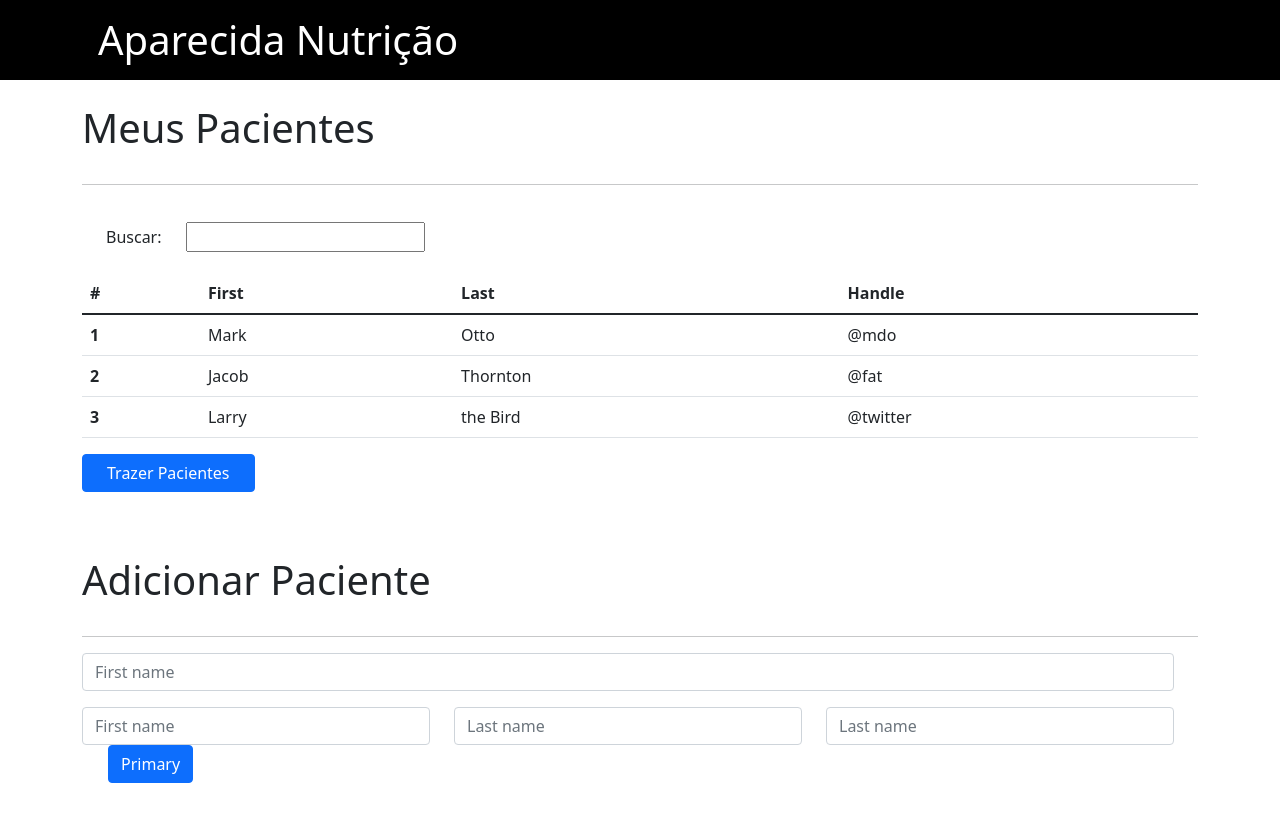
Repository: eversonps/app-paciente
Page: / (app in frontend/)
An editor plug-in stored every save of this project. The page is shown before and after the next save, followed by the edit.
The browser window is 1280 px wide. The pictures show the whole page.
The project was rebuilt for these pictures with package versions that can differ from the ones it lists, and the page was loaded fresh each time.

Above is the page before, as saved 2022-03-28 14:39:20.

### frontend/src/index.js
import React from 'react';
import ReactDOM from 'react-dom';
import './index.css';
import App from './App';
import  '../node_modules/bootstrap/dist/css/bootstrap.min.css'

ReactDOM.render(
    <App />,
    document.getElementById('root')
);

### frontend/src/App.jsx
import Header from "./components/Header";
import MyPacients from "./components/MyPacients";
import Main from "./components/Main"
import AddPacient from "./components/AddPacient";

function App() {
  return (
    <div className="App">
        <Header></Header>
        <Main>
            <MyPacients></MyPacients>
            <AddPacient></AddPacient>
        </Main>
    </div>
  );
}

export default App;

### frontend/src/components/Header.jsx
import React from "react";

export default props => {
    return (
        <header className="bg-black">
            <div className="container">
                <h1 className="text-white p-3">Aparecida Nutrição</h1>
            </div>
        </header>
    )
}

### frontend/src/components/MyPacients.jsx
import React from "react";
import FilterPacients from "../Templates/FilterPacients";
import Table from "../Templates/Table";
import Title from "../Templates/Title";

export default props => (
    <div>
        <Title name="Meus Pacientes"></Title>

        <FilterPacients></FilterPacients>
        <Table></Table>
    </div>
)

### frontend/src/components/Main.jsx
import React from "react";

export default props => (
    <main className="container">
        {props.children}
    </main>
)

### frontend/src/components/AddPacient.jsx
import React from "react";
import FormPacients from "../Templates/FormPacients";
import Title from "../Templates/Title"
import Button from "../Templates/Button";

export default props => (
    <div className="py-5">
        <Title name="Adicionar Paciente"></Title>
        <FormPacients></FormPacients>
        <Button></Button>
        <button type="button" class="btn btn-primary">Primary</button>
    </div>
)

### frontend/src/Templates/FilterPacients.jsx
import React from "react";

export default props => (
    <div>
        <label className="m-4">Buscar: </label>
        <input type="text" />
    </div>
)

### frontend/src/Templates/Table.jsx
import React from "react";

export default props => (
    <div>
        <table class="table">
        <thead class="thead-dark">
            <tr>
            <th scope="col">#</th>
            <th scope="col">First</th>
            <th scope="col">Last</th>
            <th scope="col">Handle</th>
            </tr>
        </thead>
        <tbody>
            <tr>
            <th scope="row">1</th>
            <td>Mark</td>
            <td>Otto</td>
            <td>@mdo</td>
            </tr>
            <tr>
            <th scope="row">2</th>
            <td>Jacob</td>
            <td>Thornton</td>
            <td>@fat</td>
            </tr>
            <tr>
            <th scope="row">3</th>
            <td>Larry</td>
            <td>the Bird</td>
            <td>@twitter</td>
            </tr>
            </tbody>
        </table>
        <a class="btn btn-primary px-4" href="#" role="button">Trazer Pacientes</a>
    </div>

)

### frontend/src/Templates/Title.jsx
import React from "react";

export default props => (
    <div>
        <h1 className="pt-3 py-3">{props.name}</h1>
        <hr />
    </div>
)

### frontend/src/Templates/FormPacients.jsx
import React from "react";

export default props => (
    <form>
        <div className="row">
            <div className="row mb-3">
                <div className="col">
                    <input type="text" className="form-control" placeholder="First name" />
                </div>
            </div>
            <div className="row">
                <div className="col">
                    <input type="text" className="form-control" placeholder="First name" />
                </div>
                <div className="col">
                    <input type="text" className="form-control" placeholder="Last name" />
                </div>
                <div className="col">
                    <input type="text" className="form-control" placeholder="Last name" />
                </div>
            </div>
        </div>
    </form>
)

### frontend/src/Templates/Button.jsx
import React from "react";

export default props => (
    <button type="button" class={`btn btn-${props.type}`}>{props.name}</button>
)

Loaded but not shown: frontend/public/index.html (common file); frontend/src/index.css (common file)

After the next save:
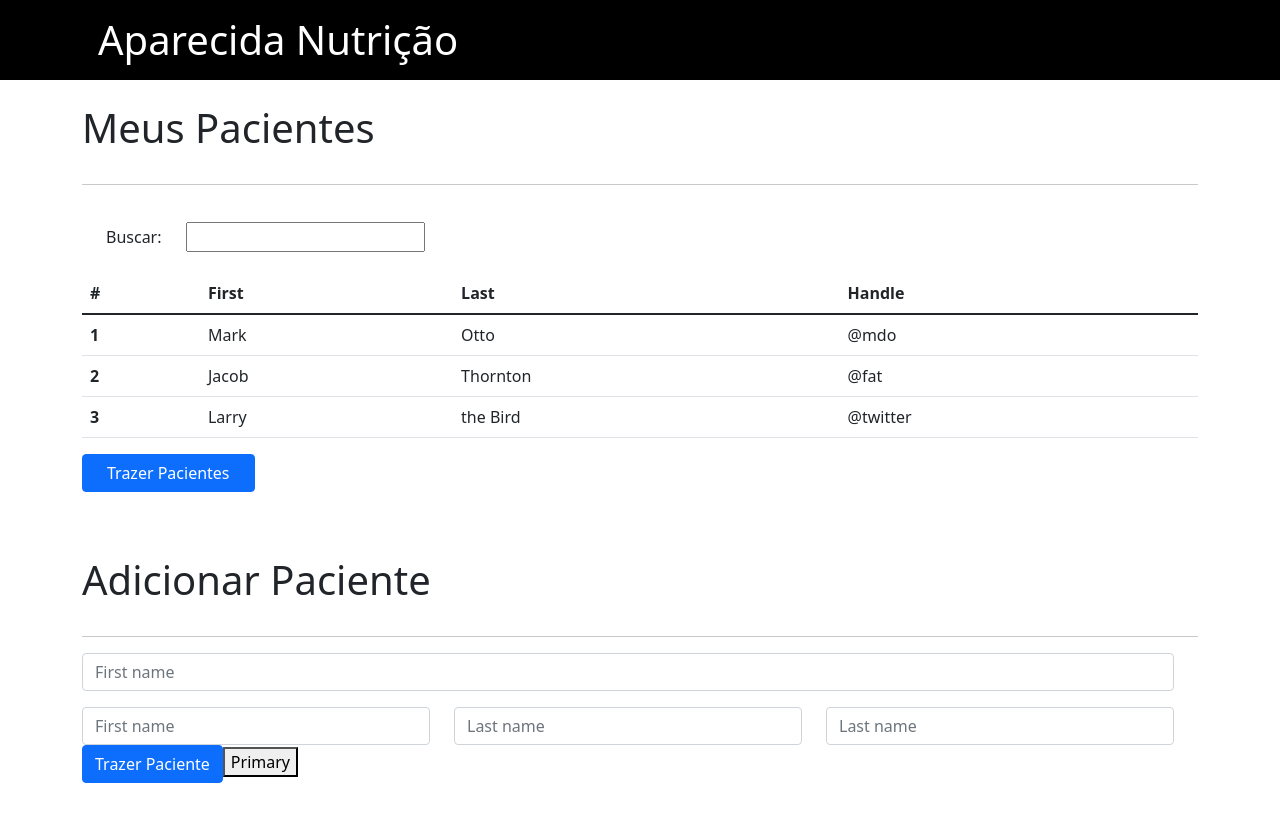
Saved 44 s later.
--- a/frontend/src/components/AddPacient.jsx
+++ b/frontend/src/components/AddPacient.jsx
@@ -7,7 +7,7 @@ export default props => (
     <div className="py-5">
         <Title name="Adicionar Paciente"></Title>
         <FormPacients></FormPacients>
-        <Button></Button>
-        <button type="button" class="btn btn-primary">Primary</button>
+        <Button type="primary" name="Trazer Paciente"></Button>
+        <button>Primary</button>
     </div>
 )
